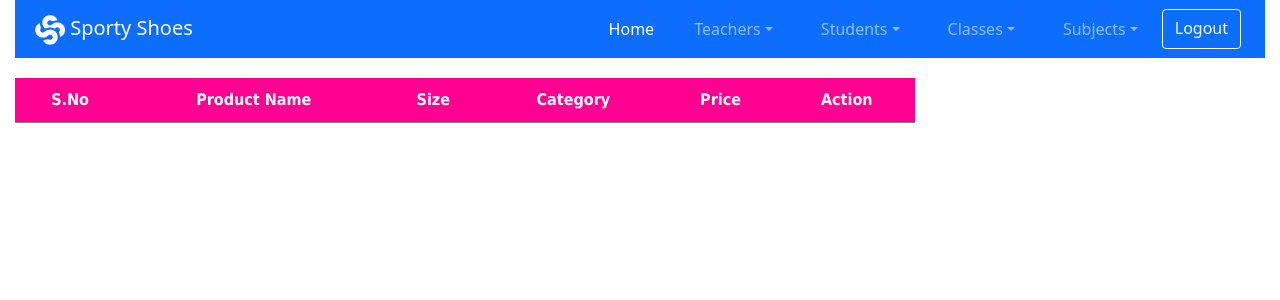
Repository: anuragkr41/FSDPhase3
Page: http://localhost/sporty-shoes/WEB-INF/view/store.jsp
An editor plug-in stored every save of this project. The page is shown before and after the next save, followed by the edit.
The browser window is 1280 px wide. The pictures show the whole page.
The page is served by Tomcat 9. Nobody is signed in. The template is opened directly, without the code that normally fills it, so the values that code supplies are empty.

Above is the page before, as saved 2021-07-25 12:40:21.

After the next save:
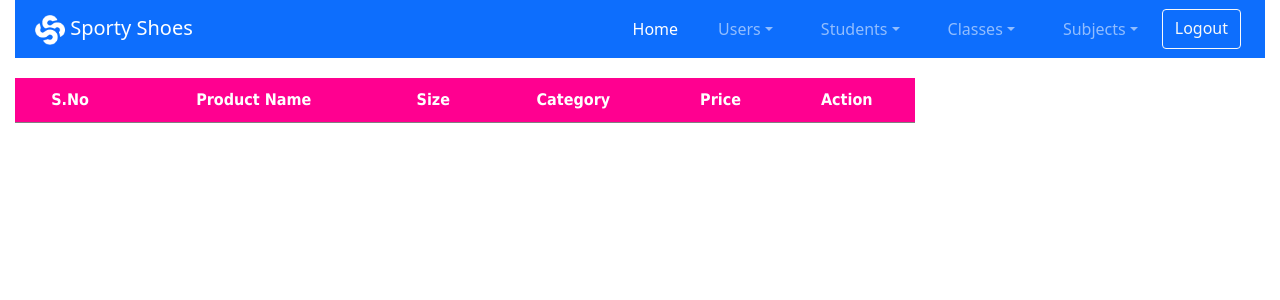
Saved 4 h 26 min later.
--- a/sporty-shoes/WebContent/WEB-INF/view/admin-menu.jsp
+++ b/sporty-shoes/WebContent/WEB-INF/view/admin-menu.jsp
@@ -20,13 +20,10 @@
 
             <li class="nav-item dropdown px-3">
               <a class="nav-link dropdown-toggle" href="teachers.jsp" id="dropdown03" data-bs-toggle="dropdown"
-                aria-expanded="false">Teachers</a>
+                aria-expanded="false">Users</a>
               <ul class="dropdown-menu" aria-labelledby="dropdown03">
-                <li><a class="dropdown-item" href="#">View all teachers</a></li>
-                <li><a class="dropdown-item" href="#">Add new Teacher</a></li>
-                <li><a class="dropdown-item" href="#">Remove Teacher</a></li>
-                <li><a class="dropdown-item" href="#">Assign Subject to Teacher</a></li>
-                <li><a class="dropdown-item" href="#">Assign Class to Teacher</a></li>
+                <li><a class="dropdown-item" href="#">View Users</a></li>
+
 
               </ul>
             </li>
